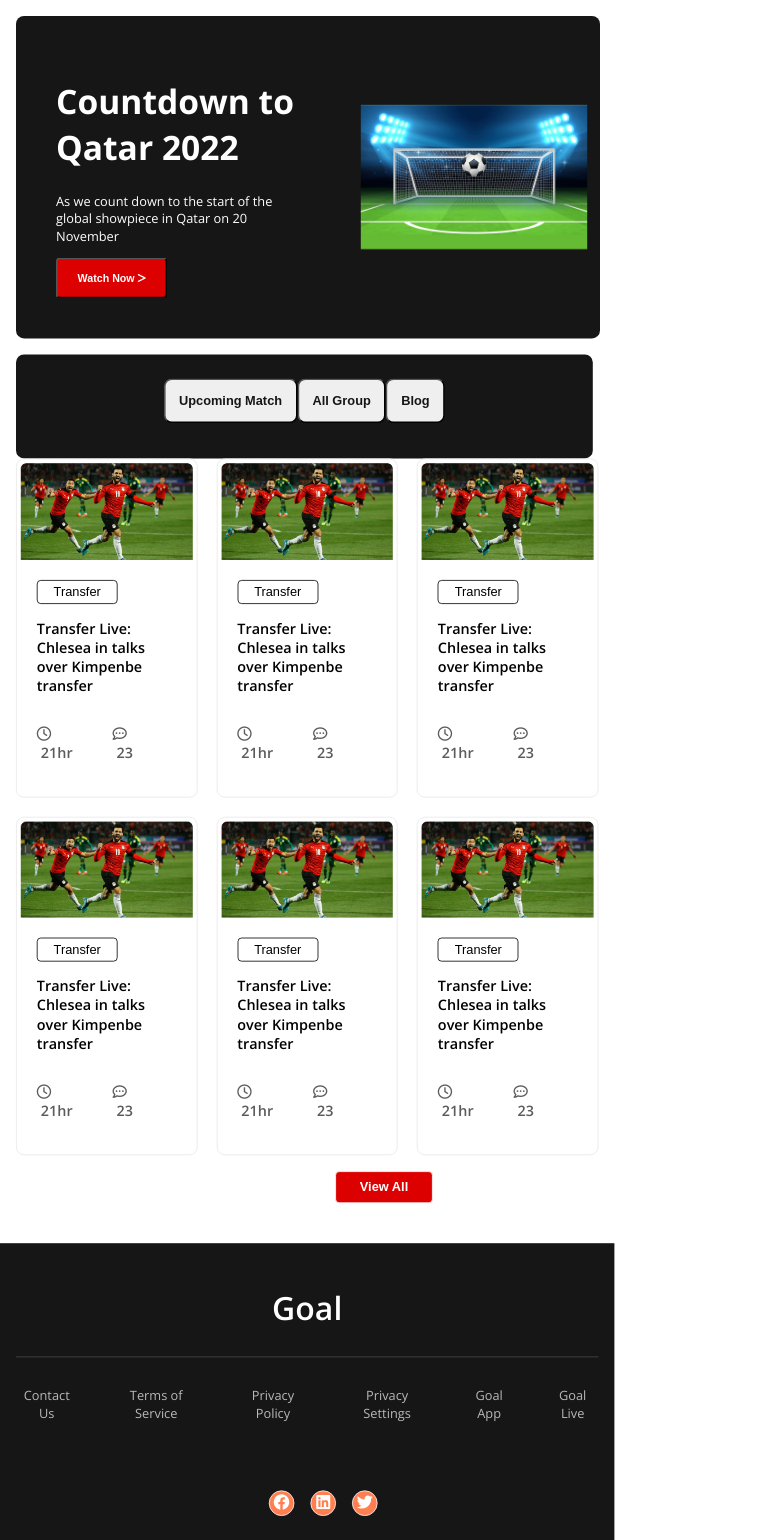
Repository: zjria/Qatar-world-cup
Page: index.html
An editor plug-in stored every save of this project. The page is shown before and after the next save, followed by the edit.
The browser window is 768 px wide. The page is 960 px wide, so the pictures cover 960 px, including what lies to the right of the window. The pictures show the whole page, at 80% of full size.

Above is the page before, as saved 2022-09-11 19:29:33.

### index.html
<!DOCTYPE html>
<html lang="en">

<head>
    <meta charset="UTF-8">
    <meta http-equiv="X-UA-Compatible" content="IE=edge">
    <meta name="viewport" content="width=device-width, initial-scale=1.0">
    <title>QATAR WORLD CUP</title>
    <!-- Font Awesome CDN Link -->
    <link rel="stylesheet" href="https://cdnjs.cloudflare.com/ajax/libs/font-awesome/6.2.0/css/all.min.css"
        integrity="sha512-xh6O/CkQoPOWDdYTDqeRdPCVd1SpvCA9XXcUnZS2FmJNp1coAFzvtCN9BmamE+4aHK8yyUHUSCcJHgXloTyT2A=="
        crossorigin="anonymous" referrerpolicy="no-referrer" />
    <!-- Font Awesome CDN Link -->
    <link rel="stylesheet" href="https://cdnjs.cloudflare.com/ajax/libs/font-awesome/6.2.0/css/all.min.css"
        integrity="sha512-xh6O/CkQoPOWDdYTDqeRdPCVd1SpvCA9XXcUnZS2FmJNp1coAFzvtCN9BmamE+4aHK8yyUHUSCcJHgXloTyT2A=="
        crossorigin="anonymous" referrerpolicy="no-referrer" />
    <!-- Custom CSS -->
    <link rel="stylesheet" href="style.css">

</head>

<body>
    <!-- <h1 style="text-align:center;">Allahu Akber</h1> -->


    <!-- Header Section -->
    <header class="header-container">

        <div class="header-text">
            <h1>Countdown to Qatar 2022</h1>
            <p>As we count down to the start of the global showpiece in Qatar on 20 November</p>
            <button>Watch Now <i class="fa-solid fa-greater-than"></i> </button>
        </div>

        <div class="header-img">
            <marquee behavior="alternate" scrollamount="0" direction="">
                <marquee behavior="alternate" scrollamount="0" direction="">
                    <img src="images/Ball.png" class="ball" alt="">
                </marquee>
            </marquee>
        </div>
    </header>


    <!-- Nav Section start HTML -->
    <div class="nav-container">
        <nav class="nav-section">
            <div class="all-button">
                <button><a href="match.html">Upcoming Match</a></button>
                <button><a href="#">All Group</a></button>
                <button><a href="index.html">Blog</a></button>
            </div>
        </nav>

        <!-- Main Section Start HTML  -->
        <main class="main-section">
            <div class="transfer">
                <img src="images/Blog Image.png" alt=""> <br>
                <div class="button-text">
                    <button>Transfer</button>
                    <p>Transfer Live: Chlesea in talks over Kimpenbe transfer</p>
                    <div class="icons">
                        <p><i class="fa-regular fa-clock"></i> <span>21hr</span></p>
                        <p><i class="fa-regular fa-comment-dots"></i> <span> 23</span></p>
                    </div>
                </div>
            </div>
            <div class="transfer">
                <img src="images/Blog Image.png" alt=""> <br>
                <div class="button-text">
                    <button>Transfer</button>
                    <p>Transfer Live: Chlesea in talks over Kimpenbe transfer</p>
                    <div class="icons">
                        <p><i class="fa-regular fa-clock"></i> <span>21hr</span></p>
                        <p><i class="fa-regular fa-comment-dots"></i> <span> 23</span></p>
                    </div>
                </div>
            </div>
            <div class="transfer">
                <img src="images/Blog Image.png" alt=""> <br>
                <div class="button-text">
                    <button>Transfer</button>
                    <p>Transfer Live: Chlesea in talks over Kimpenbe transfer</p>
                    <div class="icons">
                        <p><i class="fa-regular fa-clock"></i> <span>21hr</span></p>
                        <p><i class="fa-regular fa-comment-dots"></i> <span> 23</span></p>
                    </div>
                </div>
            </div>
            <div class="transfer">
                <img src="images/Blog Image.png" alt=""> <br>
                <div class="button-text">
                    <button>Transfer</button>
                    <p>Transfer Live: Chlesea in talks over Kimpenbe transfer</p>
                    <div class="icons">
                        <p><i class="fa-regular fa-clock"></i> <span>21hr</span></p>
                        <p><i class="fa-regular fa-comment-dots"></i> <span> 23</span></p>
                    </div>
                </div>
            </div>
            <div class="transfer">
                <img src="images/Blog Image.png" alt=""> <br>
                <div class="button-text">
                    <button>Transfer</button>
                    <p>Transfer Live: Chlesea in talks over Kimpenbe transfer</p>
                    <div class="icons">
                        <p><i class="fa-regular fa-clock"></i> <span>21hr</span></p>
                        <p><i class="fa-regular fa-comment-dots"></i> <span> 23</span></p>
                    </div>
                </div>
            </div>
            <div class="transfer">
                <img src="images/Blog Image.png" alt=""> <br>
                <div class="button-text">
                    <button>Transfer</button>
                    <p>Transfer Live: Chlesea in talks over Kimpenbe transfer</p>
                    <div class="icons">
                        <p><i class="fa-regular fa-clock"></i> <span>21hr</span></p>
                        <p><i class="fa-regular fa-comment-dots"></i> <span> 23</span></p>
                    </div>
                </div>
            </div>
        </main>
    </div>

    <!-- Only Table -->
    <div class="view-all">
        <Button>View All</Button>
    </div>

    <!-- Footer Section start -->
    <div class="footer-container">
        <div class="footer">
            <h2>Goal</h2>
            <hr>
            <div class="footer-text">
                <ul>
                    <li>Contact Us</li>
                    <li>Terms of Service</li>
                    <li>Privacy Policy</li>
                    <li>Privacy Settings</li>
                    <li>Goal App</li>
                    <li>Goal Live</li>
                </ul>
            </div>
        </div>
        <!-- Social Icons start -->
        <div class="social-icons">
            <ul>
                <li><a href="https://web.facebook.com/profile.php?id=100010388645936"><i
                            class="fa-brands fa-facebook"></i></a></li>
                <li><a href="https://www.linkedin.com/in/web-developer-zj/"><i class="fa-brands fa-linkedin"></i></a>
                </li>
                <li><a href="https://twitter.com/webdeveloper_zj"><i class="fa-brands fa-twitter"></i></a></li>
            </ul>
        </div>
    </div>
</body>

</html>

### style.css
/* Google Fonts Link */
@import url('https://fonts.googleapis.com/css2?family=Open+Sans:wght@300;400;500;600;700&family=Poppins:wght@500&family=Roboto:wght@100;300;400;500;700;900&display=swap');

body {
    font-family: 'Open Sans', sans-serif;
    margin: 0%;
    padding: 0%;
    background-color: white;
}

/* Header Section */

.header-container {
    display: flex;
    border-radius: 10px;
    margin-bottom: 130px;
    margin: 20px;
    background: #161616;
}

.header-container .header-text {
    color: #FFFFFF;
    padding: 50px;
    width: 50%;

}

.header-container .header-text h1 {
    font-size: 42px;
    bottom: 20px;
}

.header-container .header-text p {
    font-size: 16px;
}

.header-container .header-text button {
    background: #DD0000;
    border-radius: 5px;
    padding: 16px 25px;
    color: white;
    font-weight: 700;
}

.header-img {
    background: url(images/goal-bar.png);
    background-repeat: no-repeat;
    background-position: center;
    background-size: 90%;
    width: 50%;
}

.header-img .ball {
    justify-content: center;
    align-items: center;
    margin: 0 auto;
    display: flex;
    margin-top: 54%;
}

.header-img img {
    width: 10%;
}

.ball {
    transition: transform 0.3s ease-out;
}

.header-img:hover .ball {
    transform: rotate(90deg);
    transform: translate(280px, -50%);
    padding-top: -60px;
    transform: scale(0.5) translate(-100%, -100%) rotate(0.5turn);

}


/* Nav Section Start */

.nav-container {
    display: flex;
    margin: 20px;
    flex-direction: row;
}

.nav-section {
    background: #161616;
    border-radius: 10px;
    margin-right: 24px;
    height: 300px;
    width: 312px;
}

.all-button {
    display: flex;
    flex-direction: column;
    margin: 30px 30px 0px 30px;
}

.all-button button {
    padding: 17px;
    margin-bottom: 20px;
    border-radius: 10px;
    font-weight: 700;
    font-size: 16px;
}

.all-button button a {
    text-decoration: none;
    color: #161616;
}

.all-button button:hover {
    background-color: #DD0000;
    color: white;
}

/* Main Section */
.main-section {
    display: grid;
    grid-template-columns: repeat(3, 1fr);
    grid-column-gap: 24px;
    grid-row-gap: 24px;
}

.transfer {
    border: 1px solid #E8E8E8;
    border-radius: 10px;
    padding: 5px;
}

.transfer .match-vs {
    display: flex;
    justify-content: center;
    align-items: center;
    text-align: center;
}

.transfer .match-text {
    justify-content: center;
    align-items: center;
    text-align: center;
}

.transfer span {
    padding: 0 5px;
}

.button-text {
    padding: 20px;
}

.button-text button {
    padding: 5px 20px;
    border: 1px solid;
    border-radius: 5px;
    font-size: 16px;
    background-color: white;
}

.button-text p {
    font-size: 18px;
    font-weight: 600;
}

.match-vs #img-style {
    width: 40%;
}

.transfer img {
    width: 100%;
}

.icons {
    display: flex;
    color: rgba(22, 22, 22, 0.7);
    font-size: 16px;
}

.icons p {
    margin-right: 40px;
}

/* Only Table */
.view-all {
    display: flex;
    justify-content: center;
    margin: 0 auto;
    margin-right: -25%;
}

.view-all button {
    padding: 10px 30px;
    border: 1px solid;
    border-radius: 5px;
    font-size: 16px;
    color: white;
    background-color: #DD0000;
    font-weight: 700;
}



/* Footer Container style start */
.footer-container {
    width: 100%;
    background: #161616;
    margin-top: 50px;
}

.footer hr {
    border: 1px solid rgba(255, 255, 255, 0.1);

}

.footer {
    text-align: center;
    justify-content: center;
    align-items: center;
    margin: 0 auto;
    padding: 20px 0px;
}

.footer hr {
    margin: 0px 20px;
}

.footer-container h2 {
    color: #FFFFFF;
    font-weight: 600;
    font-size: 40px;

}

.footer-container .footer-text {
    color: #FFFFFF;
    text-align: center;
    justify-content: center;
    align-items: center;

}

.footer-container .footer-text ul {
    display: flex;
    text-align: center;
    justify-content: center;
    align-items: center;
    /* margin: 0px 20px; */
    padding: 0px;
}

.footer-container .footer-text ul li {
    text-decoration: none;
    list-style: none;
    margin: 20px 20px;
    color: #B9B9B9;
    font-size: 16px;
}

/* Social Icons style start */
.social-icons {
    color: white;
    font-size: 20px;
    margin: 0 auto;
    text-align: center;
    justify-content: center;
    align-items: center;
    display: flex;
}

.social-icons ul {
    display: flex;
}

.social-icons ul li {
    background-color: coral;
    border-radius: 50%;
    width: 30px;
    height: 30px;
    border: 1px solid ghostwhite;
    list-style: none;
    margin: 10px;

}

.social-icons ul li a {
    color: white;
}

/* Mobile Responsive Style */

@media only screen and (max-width: 688px) {

    .header-container .header-text h1 {
        font-size: 31px;
        bottom: 20px;
    }

    .header-container {
        flex-direction: column;
        text-align: center;
        align-items: center;
        width: 95%;
    }

    .header-img .ball {
        justify-content: center;
        align-items: center;
        margin: 0 auto;
        display: flex;
        margin-top: 31%;
    }

    .header-img {
        background-size: 80%;
        width: 115%;
        padding: 50px 0px;
    }

    .all-button {
        display: flex;
        flex-direction: row;
        margin: 0px 0px 0px 0px;
        align-items: center;
        justify-content: center;
        text-align: center;
    }

    .all-button button {
        padding: 12px;
        margin: 6px;
        border-radius: 7px;
        font-weight: 700;
        font-size: 13px;
    }

    .nav-section {
        background: #161616;
        border-radius: 10px;
        width: 95%;
        height: 55px;
        padding: 20px;
    }

    .nav-container {
        display: flex;
        margin: 20px;
        flex-direction: column;
    }

    .main-section {
        display: grid;
        grid-template-columns: repeat(1, 1fr);
        grid-column-gap: 24px;
        grid-row-gap: 24px;
    }

    .footer-container .footer-text ul {
        display: flex;
        text-align: center;
        justify-content: center;
        align-items: center;
        padding: 0px;
        flex-direction: column;
    }

    .match-vs #img-style {
        width: 35%;
    }

    .view-all {
        display: flex;
        justify-content: center;
        margin: 0 auto;
        margin-right: -25%;
        display: none;
    }
}

/* Tablets Responsive Style */
@media only screen and (min-width: 689px) and (max-width: 992px) {

    .header-container {
        display: flex;
        border-radius: 10px;
        margin-bottom: 130px;
        margin: 20px;
        background: #161616;
        width: 95%;
    }

    .nav-container {
        display: flex;
        margin: 20px;
        flex-direction: column;
    }

    .view-all {
        display: flex;
        justify-content: center;
        margin: 0 auto;
        margin-right: -25%;

    }

    .nav-section {
        background: #161616;
        border-radius: 10px;
        margin-right: 24px;
        height: 130px;
        width: 99%;
    }

    .all-button {
        display: flex;
        flex-direction: row;
        margin: 30px 30px 0px 30px;
        align-items: center;
        justify-content: center;
    }
}

After the next save:
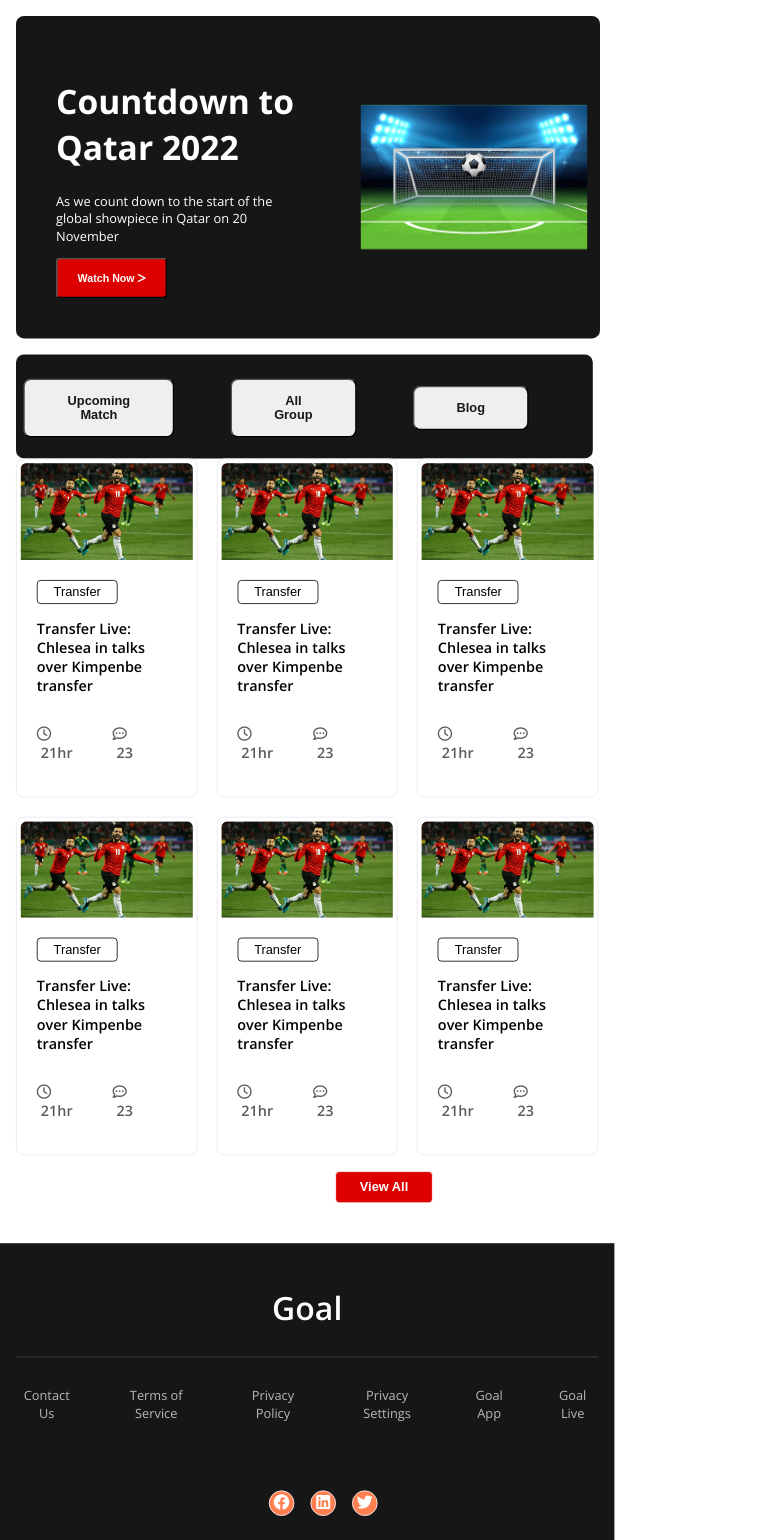
Saved 2 min 7 s later.
--- a/style.css
+++ b/style.css
@@ -418,4 +418,13 @@
         align-items: center;
         justify-content: center;
     }
-}
+
+    .all-button button {
+        padding: 17px 53px;
+        /* margin-bottom: 21px; */
+        border-radius: 10px;
+        font-weight: 700;
+        font-size: 16px;
+        margin-right: 70px;
+    }
+}
